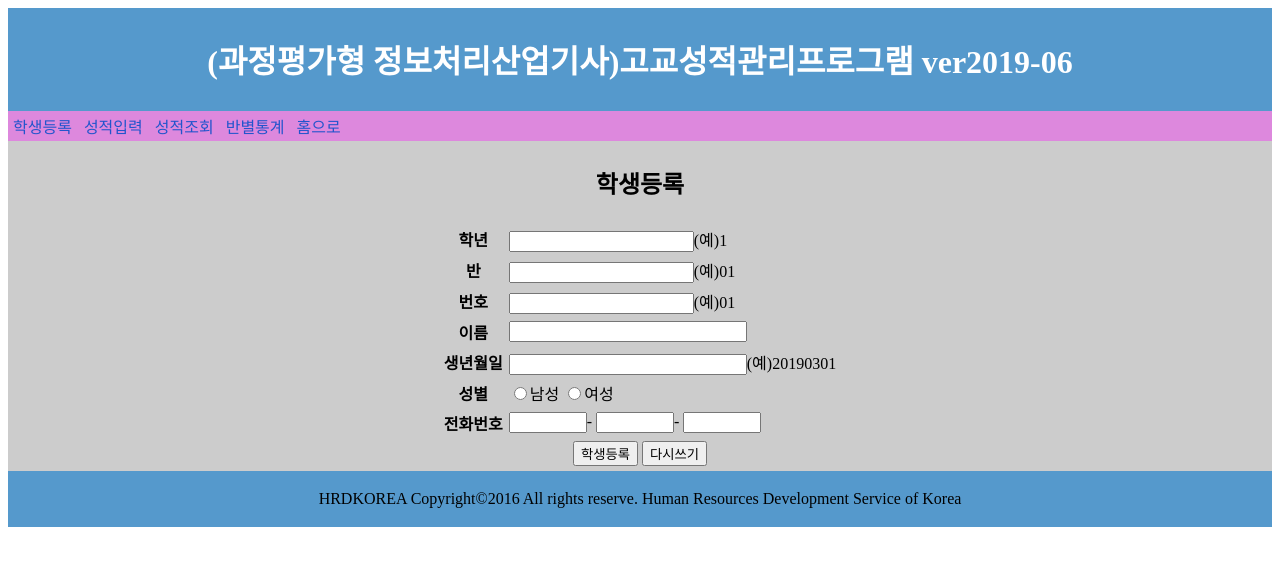
Repository: bolbbal/jdbc
Page: http://localhost/cbq_99/sub1.jsp
The author's editor kept a copy of each file at every save. The page is drawn from the files as they stood at one save, then again after the next save.
The browser window is 1280 px wide. The pictures show the whole page.
The page is served by Tomcat 9.

Above is the page before, as saved 2024-08-26 07:50:06.

After the next save:
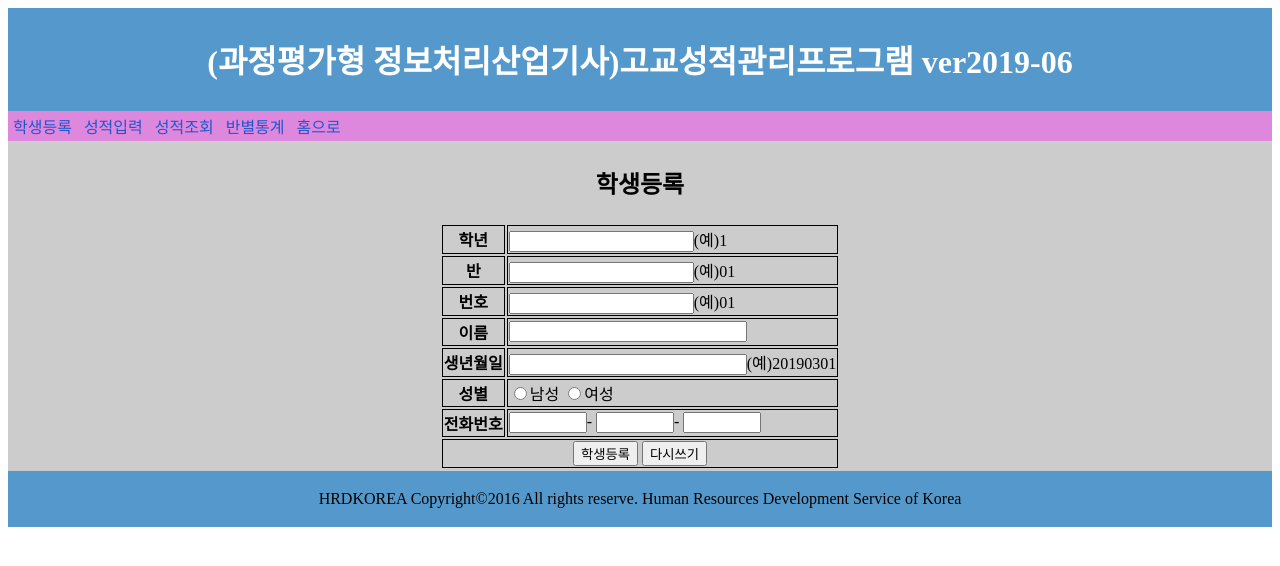
Saved 82 s later.
--- a/javastudy18/jspStudy/cbq_99/cbq_99/WebContent/sub1.jsp
+++ b/javastudy18/jspStudy/cbq_99/cbq_99/WebContent/sub1.jsp
@@ -54,7 +54,8 @@
 }
 
 tr, th, td {
-	border: 1px solid #ccc;
+	border-style: solid;
+	border-width: 1px;
 }
 
 table {

After the save that followed:
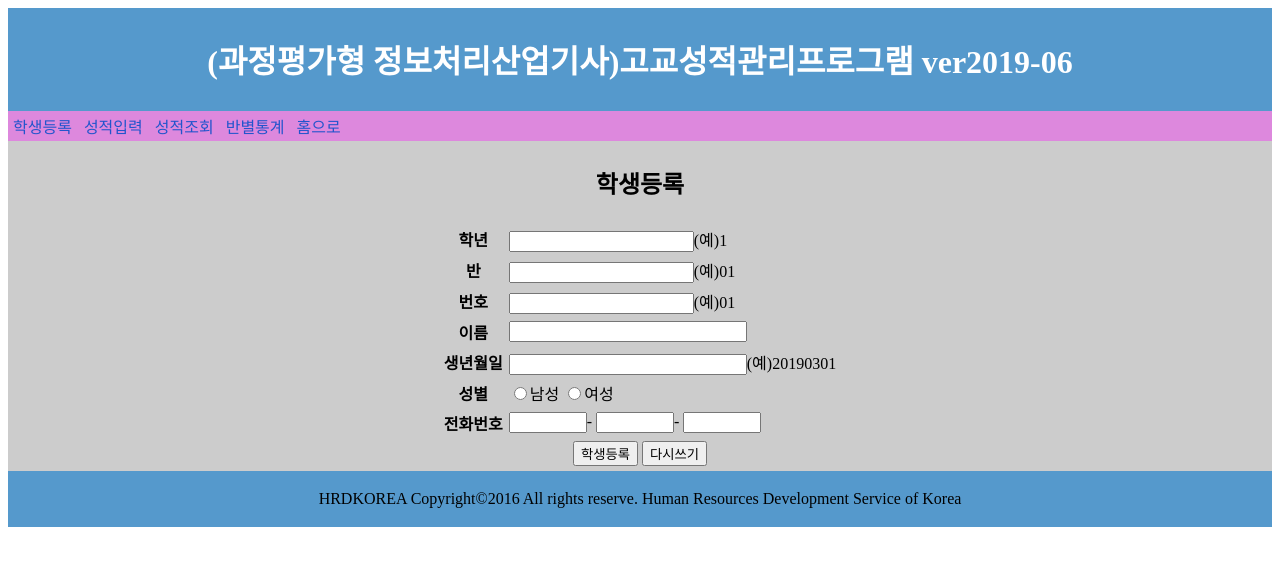
Saved 37 s later.
--- a/javastudy18/jspStudy/cbq_99/cbq_99/WebContent/sub1.jsp
+++ b/javastudy18/jspStudy/cbq_99/cbq_99/WebContent/sub1.jsp
@@ -56,6 +56,7 @@
 tr, th, td {
 	border-style: solid;
 	border-width: 1px;
+	border-color: #ccc;
 }
 
 table {
